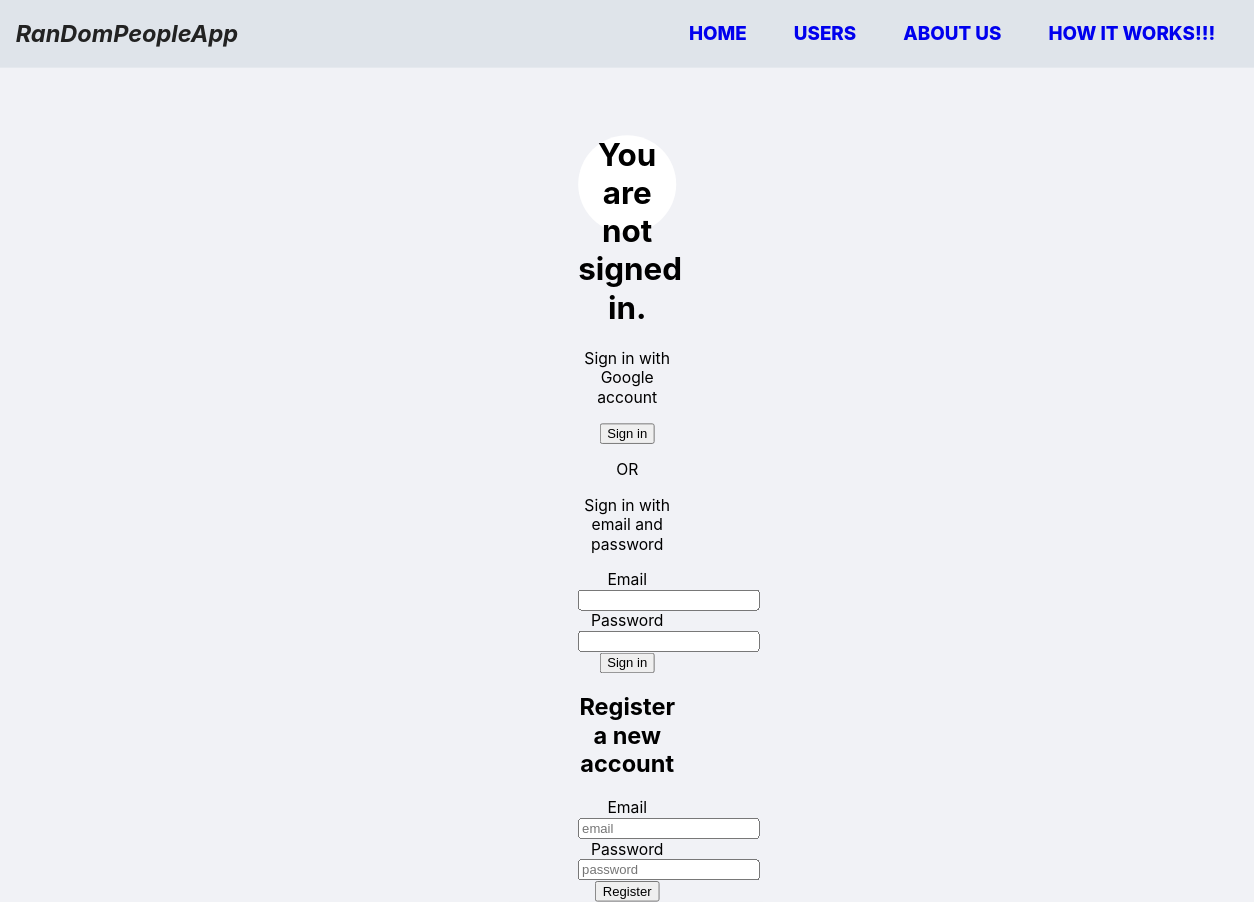
Repository: MikkyPrestige/RandomProfiles
Page: /profile
An editor plug-in stored every save of this project. The page is shown before and after the next save, followed by the edit.
The browser window is 1280 px wide. The pictures show the whole page, at 98% of full size.
The project was rebuilt for these pictures with package versions that can differ from the ones it lists, and the page was loaded fresh each time. Also part of the build but not shown: src/assets/styles/home.css, src/components/avatar.jsx, src/components/home.jsx, src/assets/styles/users.css, src/components/users.jsx, src/assets/styles/search.css, src/components/search.jsx, src/assets/styles/help.css and 6 more.

Above is the page before, as saved 2022-11-30 02:39:22.

After the next save:
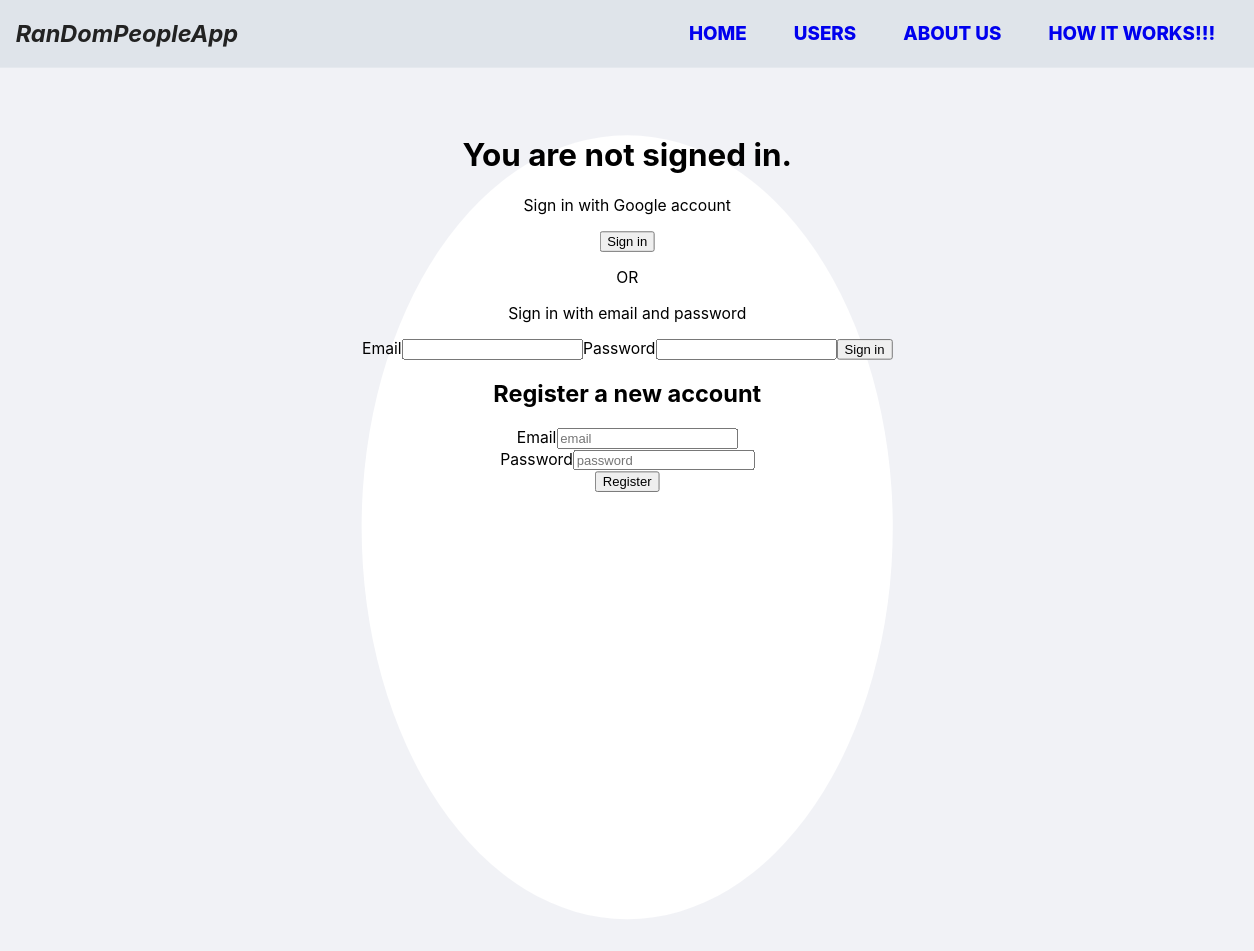
Saved 37 s later.
--- a/src/assets/styles/profile.css
+++ b/src/assets/styles/profile.css
@@ -19,6 +19,7 @@
 .profile__user {
   background-color: #fff;
   border-radius: 50%;
-  height: 100px;
-  width: 100px;
+  height: 50rem;
+  max-width: fit-content;
+  width: 50rem;
 }
